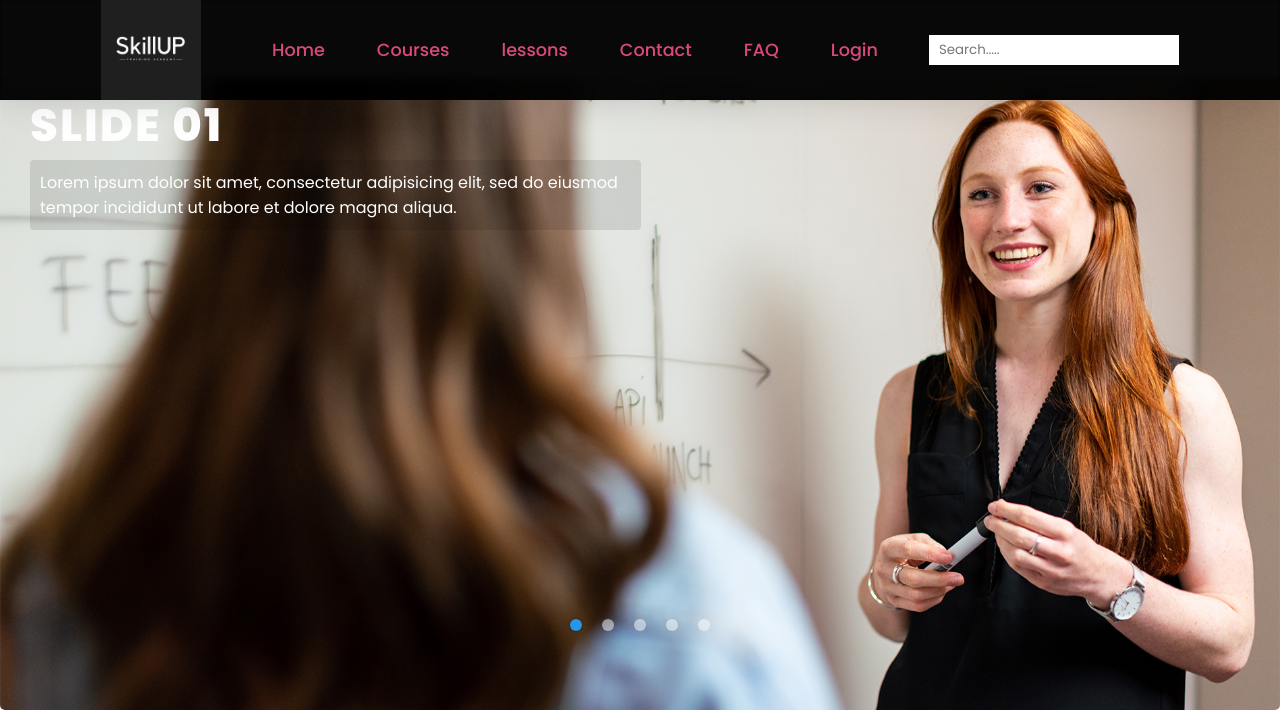
Repository: 2tzz/SkillUp-Academy
Page: home.html
An editor plug-in stored every save of this project. The page is shown before and after the next save, followed by the edit.
The browser window is 1280 px wide. The pictures show the whole page.
Some web fonts or font styles are not loaded; a fallback is used.

Above is the page before, as saved 2022-10-22 16:03:39.

After the next save:
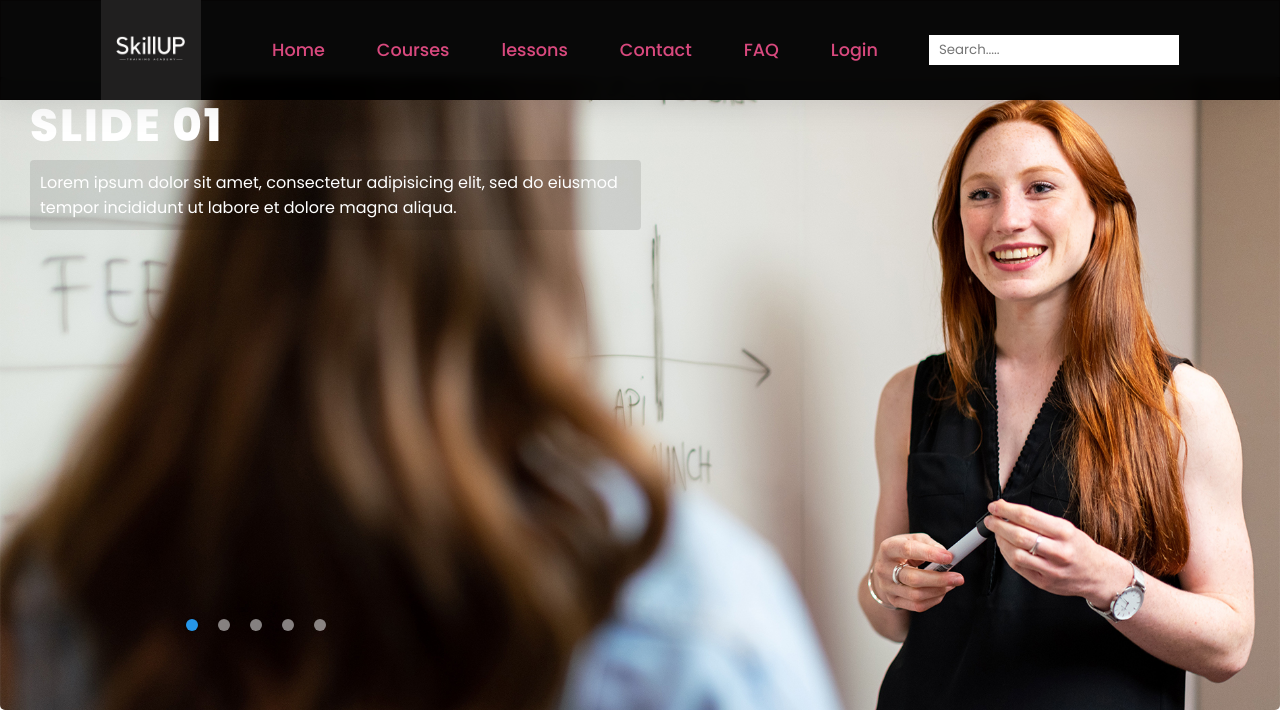
Saved 11 s later.
--- a/CSS/home.css
+++ b/CSS/home.css
@@ -231,7 +231,7 @@
   position: absolute;
   display: flex;
   bottom: 2px;
-  left: 50%;
+  left: 20%;
   transform: translateX(-50%);
 }
 

After the save that followed:
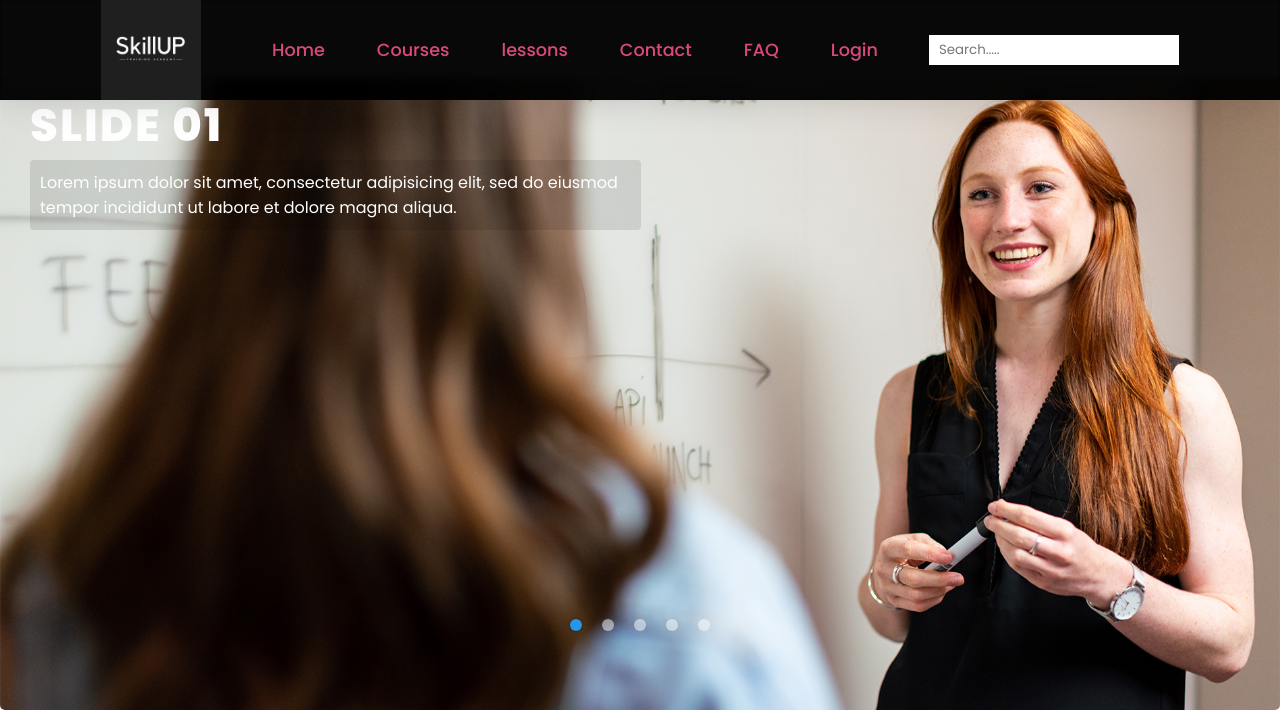
Saved 5 s later.
--- a/CSS/home.css
+++ b/CSS/home.css
@@ -231,7 +231,7 @@
   position: absolute;
   display: flex;
   bottom: 2px;
-  left: 20%;
+  left: 50%;
   transform: translateX(-50%);
 }
 
